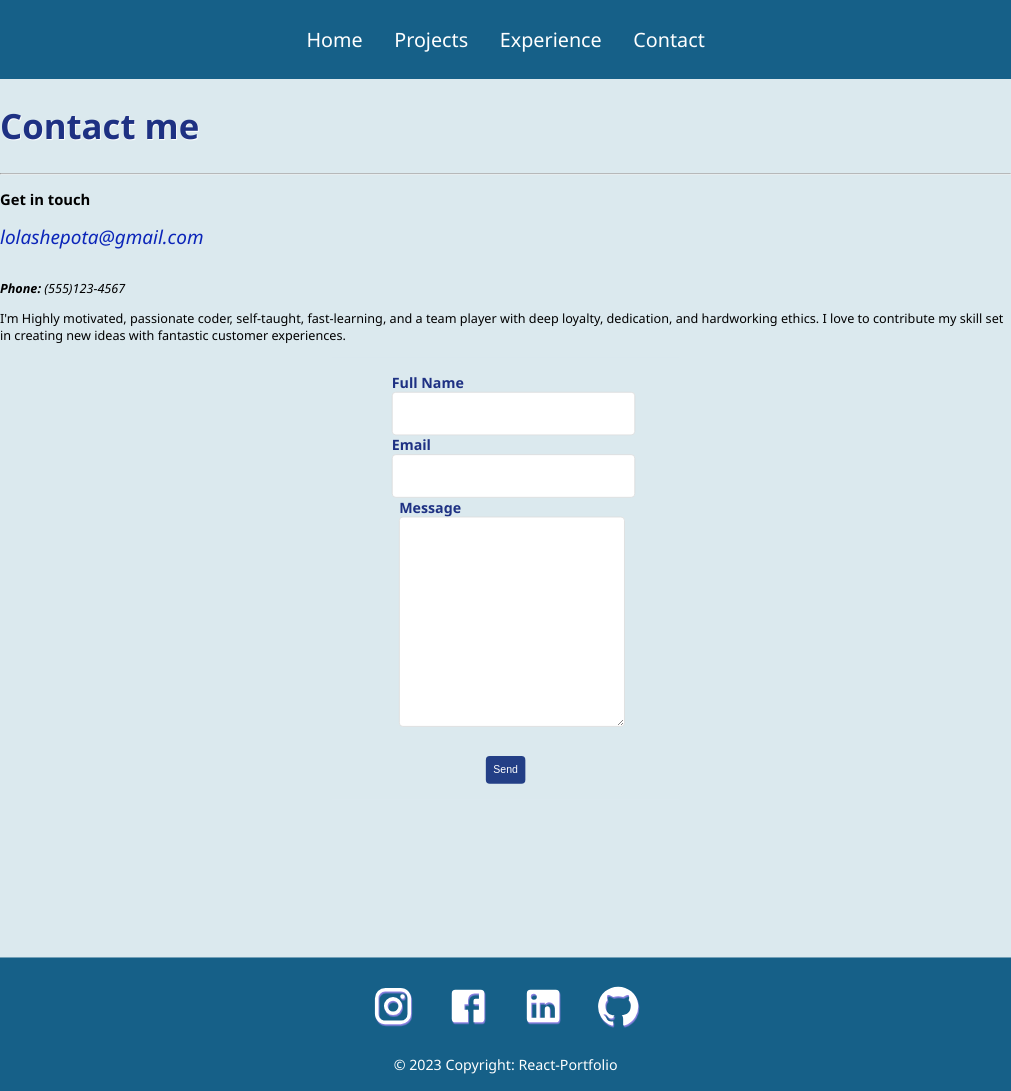
Repository: LolaSL/react-portfolio
Page: /contact
The author's editor kept a copy of each file at every save. The page is drawn from the files as they stood at one save, then again after the next save.
The browser window is 1280 px wide. The pictures show the whole page, at 79% of full size.
The project was rebuilt for these pictures with package versions that can differ from the ones it lists, and the page was loaded fresh each time. Also part of the build but not shown: src/pages/Home/Style.css, src/pages/Home/Home.jsx, src/components/ProjectItem/Style.css, src/components/ProjectItem/ProjectItem.jsx, src/helpers/ProjectList.js, src/pages/Projects/Style.css, src/pages/Projects/Projects.jsx, src/pages/Experience/Style.css and 2 more.

Above is the page before, as saved 2023-09-27 17:34:47.

### src/App.js
import './App.css';
import { BrowserRouter as Router, Routes, Route } from 'react-router-dom';
import Home from './pages/Home/Home.jsx';
import Projects from './pages/Projects/Projects.jsx';
import Experience from './pages/Experience/Experience.jsx';
import Navbar from "./components/Navbar/Navbar.jsx";
import Footer from './components/Footer/Footer.jsx';
import ProjectDetail from './pages/ProjectDetail/ProjectDetail';
import Contact from './pages/Contact/Contact';


function App() {
  return (
    <div className="App">
      <Router>
      <Navbar />
        <Routes>
          <Route path="/" element={<Home />} />
          <Route path="/projects" element={<Projects />} />
          <Route path="/project/:id" element={<ProjectDetail />} />
          <Route path="/experience" element={<Experience />} />
          <Route path="/contact" element ={<Contact/>}/>
        </Routes>
        <Footer />
      </Router>
    </div>
  );
}

export default App;

### src/App.css
.App {
  width: 100%;
  height: auto;
  display: flex;
  flex-direction: column;
  font-family:'Segoe UI', Tahoma, Geneva, Verdana, sans-serif;
  background-color: #dbe9ee;
}

body {
  margin: 0;
  padding: 0;
}

### src/components/Navbar/Navbar.jsx
import React, { useEffect, useState } from "react";
import { Link, useLocation } from "react-router-dom";
import DehazeIcon from "@mui/icons-material/Dehaze";
import "./Style.css";

const Navbar = () => {
  const [expandNavbar, setExpandNavbar] = useState(false);
  const location = useLocation();
  useEffect(() => {
    setExpandNavbar(false);
  }, [location]);
  return (
    <div className="navbar" id={expandNavbar ? "open" : "close"}>
      <div className="toggleButton">
        <button
          onClick={() => {
            setExpandNavbar((prev) => !prev);
          }}
        >
          <DehazeIcon />
        </button>
      </div>
      <div className="links">
        <Link to="/"> Home </Link>
        <Link to="/projects"> Projects </Link>
        <Link to="/experience"> Experience </Link>
        <Link to="/contact"> Contact </Link>
      </div>
    </div>
  );
};

export default Navbar;

### src/components/Footer/Footer.jsx
import React from "react";
import { Link } from "react-router-dom";
import InstagramIcon from "@mui/icons-material/Instagram";
import FacebookIcon from "@mui/icons-material/Facebook";
import LinkedInIcon from "@mui/icons-material/LinkedIn";
import GitHubIcon from "@mui/icons-material/GitHub";
import "./Style.css";

const Footer = () => {
  return (
    <div className="footer">
      <div className="socialMedia">
        <Link to="https://www.instagram.com">
          <InstagramIcon />
        </Link>
        <Link to="https://www.facebook.com">
          <FacebookIcon />
        </Link>
        <Link to="https://www.linkedin.com/in/lola-s-2aba6340-lo">
          <LinkedInIcon />
        </Link>
        <Link to="https://github.com">
          <GitHubIcon />
        </Link>
      </div>
      <div className="copyright">
        <p>&copy; {new Date().getFullYear()} Copyright: React-Portfolio</p>
      </div>
    </div>
  );
};

export default Footer;

### src/pages/Contact/Contact.jsx
// import React, { useRef } from "react";
// import emailjs from "@emailjs/browser";
// import { Container, Row, Col } from "react-bootstrap";
// import { contactConfig } from "./contactConfig";
// import "./Style.css";

// const ContactForm = () => {
//   const form = useRef();

//   const sendEmail = (e) => {
//     e.preventDefault();

//     emailjs.sendForm("MY_SERVICE", "MY-TEMPLATE", form.current, "MY-KEY").then(
//       (result) => {
//         console.log(result.text);
//         console.log("message sent");
//       },
//       (error) => {
//         console.log(error.text);
//       }
//     );
//   };
//   return (
//     <Container >
//       <Row className="mb-5 mt-3 p-4">
//         <Col lg="8">
//           {" "}
//           <h1 className="display-4 mb-4 text-center">Contact me</h1>
//           <hr className="t_border my-4 ml-0 text-left" />
//         </Col>
//       </Row>
//       <Row className="sec-sp">
//         <Col lg="5" className="mb-5">
//           <h3 className="color_sec py-4">Get in touch</h3>
//           <address>
//             <strong>      <a href={`mailto:${contactConfig.YOUR_EMAIL}`}>
//                 {contactConfig.YOUR_EMAIL}
//               </a></strong>
//               <br />
//               <br />
//               {contactConfig.hasOwnProperty("YOUR_FONE") ? (
//                 <p>
//                   <strong>Phone:</strong> {contactConfig.YOUR_FONE}
//                 </p>
//               ) : (
//                 ""
//               )}
//             </address>
//             <p>{contactConfig.description}</p>
//           </Col>
//         <Col lg="7" className="d-flex align-items-center">
//           <form ref={form} onSubmit={sendEmail} className="contact-form w-100">
//           <Row>
//                 <Col lg="6" className="form-group">
//                   <input
//                     className="form-control"
//                     id="name"
//                     name="name"
//                     placeholder="Name"
//                     type="text"
//                     required
//                   />
//                 </Col>
//                 <Col lg="6" className="form-group">
//                   <input
//                     className="form-control rounded-0"
//                     id="email"
//                     name="email"
//                     placeholder="Email"
//                     type="email"
//                     required
//                   />
//                 </Col>
//               </Row>
//               <textarea
//                 className="form-control rounded-0"
//                 id="message"
//                 name="message"
//                 placeholder="Message"
//                 rows="5"
//                 required
//               ></textarea>
//               <br />
//             <Row>
//               <Col lg="12" className="form-group">
//                 <input
//                   type="submit"
//                   className="btn"
//                   value="Send"
//                   disabled={true}
//                 />
//               </Col>
//             </Row>
//           </form>
//         </Col>
//       </Row>
//     </Container>
//   );
// };

// export default ContactForm;

import React, { useRef } from "react";
import emailjs from "@emailjs/browser";
import { Container, Row, Col } from "react-bootstrap";
import { contactConfig } from "./contactConfig";
import "./Style.css";

const ContactForm = () => {
  const form = useRef();

  const sendEmail = (e) => {
    e.preventDefault();

    emailjs.sendForm("MY_SERVICE", "MY-TEMPLATE", form.current, "MY-KEY").then(
      (result) => {
        console.log(result.text);
        console.log("message sent");
      },
      (error) => {
        console.log(error.text);
      }
    );
  };
  return (
    <Container>
      <Row className="mb-5 mt-3 p-4">
        <Col lg={{ span: 8, offset: 2 }} md={{ span: 10, offset: 1 }}>
          <h1 className="display-4 mb-4 text-center">Contact me</h1>
          <hr className="t_border my-4 ml-0 text-left" />
        </Col>
      </Row>
      <Row className="sec-sp">
        <Col lg={5} md={6} className="mb-5">
          <h3 className="color_sec py-4">Get in touch</h3>
          <address>
            <strong>
              <a href={`mailto:${contactConfig.YOUR_EMAIL}`}>
                {contactConfig.YOUR_EMAIL}
              </a>
            </strong>
            <br />
            <br />
            {contactConfig.hasOwnProperty("YOUR_FONE") ? (
              <p>
                <strong>Phone:</strong> {contactConfig.YOUR_FONE}
              </p>
            ) : (
              ""
            )}
          </address>
          <p>{contactConfig.description}</p>
        </Col>
        <Col lg={7} md={6} className="d-flex align-items-center">
          <form ref={form} onSubmit={sendEmail} className="contact-form w-100">
            <Row className="w-100">
              <Col lg={6} md={6} sm={12} className="form-group">
                <label htmlFor="name">Full Name</label>
                <input
                  className="form-control"
                  id="name"
                  name="name"
                  type="text"
                  required
                />
              </Col>
              <Col lg={6} md={6} sm={12} className="form-group">
                <label htmlFor="email">Email</label>
                <input
                  className="form-control rounded-0"
                  id="email"
                  name="email"
                  type="email"
                  required
                />
              </Col>
            </Row>
            <Row className="w-100">
              <Col lg={12} md={12} sm={12} className="form-group">
                <label htmlFor="message">Message</label>
                <textarea
                  className="form-control rounded-0"
                  id="message"
                  name="message"
                  rows="5"
                  required
                ></textarea>
              </Col>
            </Row>
            <Row className="w-100">
              <Col lg={12} md={12} sm={12} className="form-group ">
                <input
                  type="submit"
                  className="btn btn-primary"
                  value="Send"
                  disabled={false}
                />
              </Col>
            </Row>
          </form>
        </Col>
      </Row>
    </Container>
  );
};

export default ContactForm;

### src/components/Navbar/Style.css
.navbar {
  width: 100%;
  height: 100px;
  background: #166088;
}

.links {
  width: 100%;
  height: 100%;
  display: flex;
  align-items: center;
  justify-content: center;
  color: white;
}

.navbar a {
  color: white;
  text-decoration: none;
  margin: 20px;
  font-size: 25px;
}

.toggleButton {
  width: 100%;
  height: 100px;
  display: flex;
  align-items: center;
  justify-content: flex-end;
}

.toggleButton svg {
  font-size: 50px;
}
.toggleButton button {
  margin-right: 20px;
  padding: 8px;
  background-color: transparent;
  border: none;
  color: white;
  cursor: pointer;
}

#open {
  height: 100vh;
}

#open .links {
  flex-direction: column;
  justify-content: flex-start;
  margin-top: 100px;
}

#open a {
  width: 100%;
  text-align: center;
}

@media only screen and (max-width: 900px) {
  .navbar a {
    width: 600px;
  }
}

@media only screen and (max-width: 600px) {
  .toggleButton {
    display: flex;
  }
  #close a {
    display: none;
  }
}

@media only screen and (min-width: 600px) {
  .toggleButton {
    display: none;
  }

  .hiddenLinks {
    display: none;
  }

  #open {
    height: 100px;
  }

  #open .links {
    flex-direction: row;
  }
}

### src/components/Footer/Style.css
.footer {
    width: 100%;
    height: 155px;
    background: #166088;
    display: flex;
    justify-content: center;
    align-items: center;
    flex-direction: column;
    padding-top: 10px;
    margin-top: 200px;
    position: related;
    bottom: 0;
    left: 0;
    right: 0;
  }
  .footer{
    height: 22vh;
  }
  .socialMedia svg{
    color: white;
    margin: 20px;
    font-size: 55px;
    cursor: pointer;
    margin-bottom: 10px;
  }
  .socialMedia svg:hover{
    color: #e76972;
    margin: 20px;
    font-size: 55px;
    cursor: pointer;
    margin-bottom: 10px;
    background-color: transparent;
    transition: all ease 0.3s;
    border: none;
    text-shadow: 0 0 0.625em #d83535;
  }
.copyright p{
    color: white;
    font-size: 18px;
  }

  @media only screen and (max-width: 600px) {
    .footer svg {
      font-size: 50px;
    }
    .copyright p{
      font-size: 16px;
    }
  }

### src/pages/ProjectDetail/Style.css
.project {
  width: 100%;
    height: auto;
    display: flex;
    justify-content: center;
    align-items: center;
    flex-direction: column;
    color: #3e497a;
}

.project  h1 {
  text-align: center;
  color: #3e497a;
  font-size:50px;
  font-weight: bolder;
  margin-top: 30px

}
.project img {
  max-width: 700px;
  border-radius: 10px;
  margin-bottom: 40px;
}

.project h3 {
  font-size: 1.7rem;
  color: #3e497a;
  padding: 50px;
  text-align: justify;
}
a {
  text-decoration: none;
  color: rgb(11, 37, 185);
  font-weight: normal;
  font-size: 24px;
}
a:hover {
  text-decoration: none;
   color: #e76972;
  font-weight: bold;
  transition: all ease 0.3s;
  font-size: 24px;
  cursor: pointer;
  text-shadow: 0 0 0.625em #d83535;
}
.project svg {
  font-size: 60px;
  color: #3e497a;
}
.project svg:hover {
  color: #2d2d84;
  cursor: pointer;
}
svg {
  filter: drop-shadow(1px 2px 1px rgb(144, 130, 227));
}
@media only screen and (max-width: 1300px) {
  .project img {
    max-width: 500px;
    border-radius: 8px;
  }
  .project h1 {
    font-size: 1.8rem;
  }
  .project h3 {
    font-size: 1.4rem;
  }
}

@media only screen and (max-width: 800px) {
  .project img {
    max-width: 374px;
    border-radius: 6px;
  }
  .project h1 {
    font-size:37px;
    text-align: center;
    color: #3e497a;
  }
  .project h3 {
    font-size: 1.3rem;
  }

}

### src/pages/Contact/contactConfig.js
// const contactConfig = {
//     description: "I'm Highly motivated, passionate coder, self-taught, fast-learning, and a team player with deep loyalty, dedication, and hardworking ethics. I love to contribute my skill set in creating new ideas with fantastic customer experiences."
// }
// export {
//     contactConfig
// }
const logotext = 'Lola Shepota';
const meta = {
    title: 'Lola Shepota',
    description:
        "I'm Highly motivated, passionate coder, Full-Stact Junior. ",
};

const introdata = {
    title: 'I’m John Doe',
    animated: {
        first: 'I love coding',
        second: "I'm creating new ideas with fantastic customer experiences",
        third: 'A team player with deep loyalty',
    },
    description:
        "I'm self-taught, fast-learning, and  dedication, and hardworking ethics. I love contributing my skills to code websites.",
    your_img_url: 'https://avatars.githubusercontent.com/u/67796082?v=4',
};

const dataabout = {
    title: 'About my self',
    aboutme:
        'Lorem ipsum dolor sit amet, consectetur adipiscing elit. Praesent quis dolor id ligula semper elementum feugiat pretium nulla. Nunc non commodo dolor. Nunc mollis dignissim facilisis. Morbi ut magna ultricies.',
};
const worktimeline = [
    {
        jobtitle: 'Designer of week',
        where: 'YAdfi',
        date: '2020',
    },
    {
        jobtitle: 'Designer of week',
        where: 'Jamalya',
        date: '2019',
    },
    {
        jobtitle: 'Designer of week',
        where: 'ALquds',
        date: '2019',
    },
];



const services = [
    {
        title: 'UI & UX Design',
        description:
            'Lorem ipsum dolor sit amet, consectetur adipiscing elit. Sed at nisl euismod urna bibendum sollicitudin.',
    },
    {
        title: 'Mobile Apps',
        description:
            'Lorem ipsum dolor sit amet, consectetur adipiscing elit. Sed at nisl euismod urna bibendum sollicitudin.',
    },
    {
        title: 'Wordpress Design',
        description:
            'Lorem ipsum dolor sit amet, consectetur adipiscing elit. Sed at nisl euismod urna bibendum sollicitudin.',
    },
];

const contactConfig = {
    YOUR_EMAIL: 'lolashepota@gmail.com',
    YOUR_FONE: '(555)123-4567',
    description:
        "I'm Highly motivated, passionate coder, self-taught, fast-learning, and a team player with deep loyalty, dedication, and hardworking ethics. I love to contribute my skill set in creating new ideas with fantastic customer experiences.",
    YOUR_SERVICE_ID: 'service_id',
    YOUR_TEMPLATE_ID: 'template_id',
    YOUR_USER_ID: 'user_id',
};


export {
    meta,
    dataabout,
    worktimeline,
    services,
    introdata,
    contactConfig,
    logotext,
};

### src/pages/Contact/Style.css
.contact-form {
  max-width: 400px;
  margin: 0 auto;
  padding: 20px;
  background-color: #dbe9ee;
  display: flex;
  flex-direction: column;
  align-items: center;
  color: #1e3183;
  font-size: 18px;
  font-weight: 600;


}
h1{
  font-size: 44px;
 color: #1e3183;
 text-shadow: 1px 1px 1px #ffffff;

}
  input {
    width: 100%;
    height: 35px;
    padding: 9px;
    outline: none;
    border-radius: 5px;
    border: 1px solid rgb(220, 220, 220);

    &:focus {
      border: 2px solid rgba(0, 206, 158, 1);
    }
  }

  textarea {
    max-width: 100%;
    min-width: 100%;
    width: 100%;
    max-height: 100px;
    /* min-height: 100px; */
    padding: 7px;
    outline: none;
    border-radius: 5px;
    border: 1px solid rgb(220, 220, 220);
    min-height: 250px;
    resize: vertical;
    &:focus {
      border: 2px solid rgba(0, 206, 158, 1);
    }
  }

  input[type="submit"] {
    margin-top: 2rem;
    cursor: pointer;
    background: #233f86;
    color: white;
    border: none;
    width: 100%;
  }
  input:hover[type="submit"] {
    margin-top: 2rem;
    cursor: pointer;
    background: #e76972;
    color: white;
    border: none;
  }

/*
  .form-group {
    width: 100%;
    margin-bottom: 2rem;
  }
  label {
    font-size: 1.8rem;
  }
  input,
  textarea {
    width: 100%;
    font-size: 2rem;
    padding: 1.2rem;
    color: var(--gray-1);
    background-color: var(--deep-dark);
    outline: none;
    border: none;
    border-radius: 8px;
    margin-top: 1rem;
  }
  textarea {
    min-height: 250px;
    resize: vertical;
  }
  button[type='submit'] {
    background-color: var(--gray-1);
    color: var(--black);
    font-size: 2rem;
    display: inline-block;
    outline: none;
    border: none;
    padding: 1rem 4rem;
    border-radius: 8px;
    cursor: pointer;
  } */

Loaded but not shown: public/index.html (common file); src/index.js (common file); src/reportWebVitals.js (common file)

After the next save:
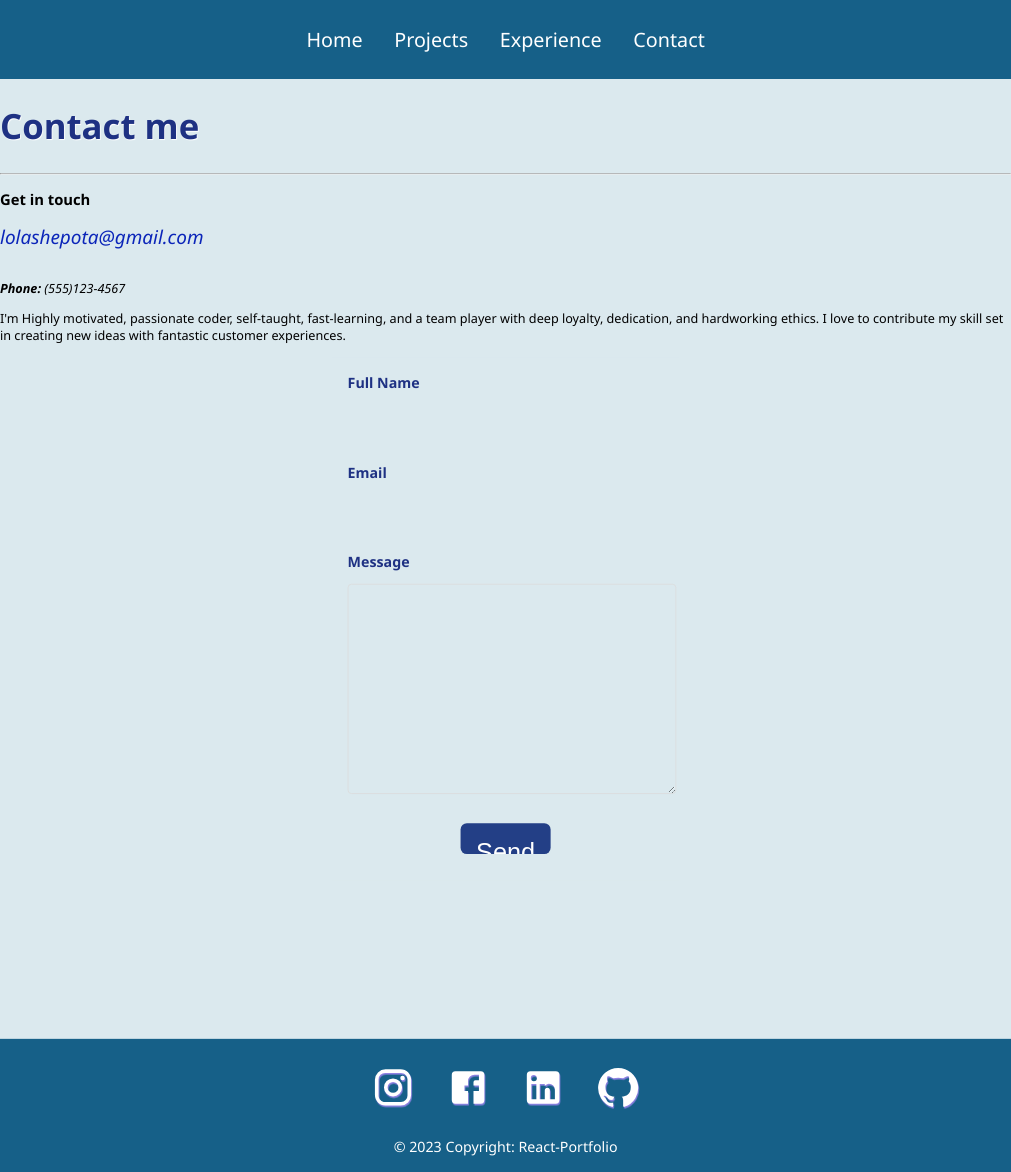
Saved 46 s later.
--- a/src/pages/Contact/Style.css
+++ b/src/pages/Contact/Style.css
@@ -30,7 +30,18 @@ h1{
       border: 2px solid rgba(0, 206, 158, 1);
     }
   }
-
+  input,
+  textarea {
+    width: 100%;
+    font-size: 2rem;
+    padding: 1.2rem;
+    color: var(--gray-1);
+    background-color: var(--deep-dark);
+    outline: none;
+    border: none;
+    border-radius: 8px;
+    margin-top: 1rem;
+  }
   textarea {
     max-width: 100%;
     min-width: 100%;
